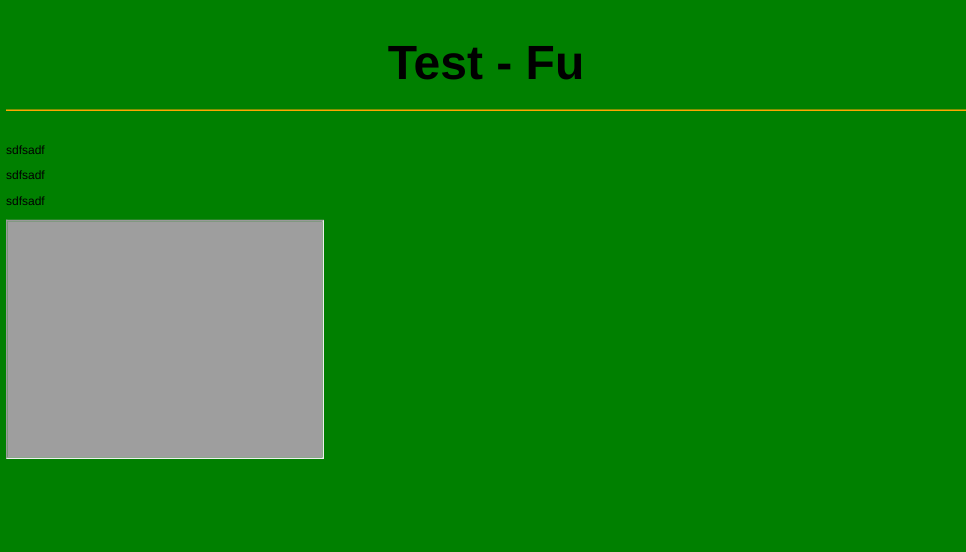
Repository: arikanu/minisite
Page: http://localhost/site/
These files come from the project's save history. The page is drawn as it stood at one moment and after the next save; the edit follows.
The browser window is 1280 px wide. The page is 1288 px wide, so the pictures cover 1288 px, including what lies to the right of the window. The pictures show the whole page, at 75% of full size.
Pictures or frames that could not be fetched are drawn as grey boxes. The page is served by Tomcat 9. Other server files are loaded and not shown.

Above is the page before, as saved 2014-12-18 07:10:19.

### site/src/main/webapp/WEB-INF/views/home.jsp
<%@ taglib uri="http://java.sun.com/jsp/jstl/core" prefix="c" %>
<%@ page session="false" %>


<style>
body {
	font-family: Helvetica;
	height: 100%;
	width: 100%;
	background-color: green;
	float: left;
}
h1 {
	margin-top: 3%;
	padding-bottom: 2%;
	text-align: center;
	font-size: 400%;
	border-bottom-style: solid;
	border-bottom-color: orange;
	border-bottom-width: 2px;
}
.divVideo {
	text-align: center;
}

.divLeftPart {
	width: 30%;
}
.divRightPart {
	width: 50%;
}

</style>


<html>



<head>
	<title>Home</title>
</head>
<body>
<h1>Test - Fu</h1>

<div class="divLeftPart">
	<p>sdfsadf</p>
	<p>sdfsadf</p>
	<p>sdfsadf</p>
</div>
<div class="divLeftPart">
	<div class="divVideo">
	 	<iframe width="420" height="315" src="http://www.youtube.com/embed/XGSy3_Czz8k"></iframe>
	</div>
</div>

</body>
</html>

After the next save:
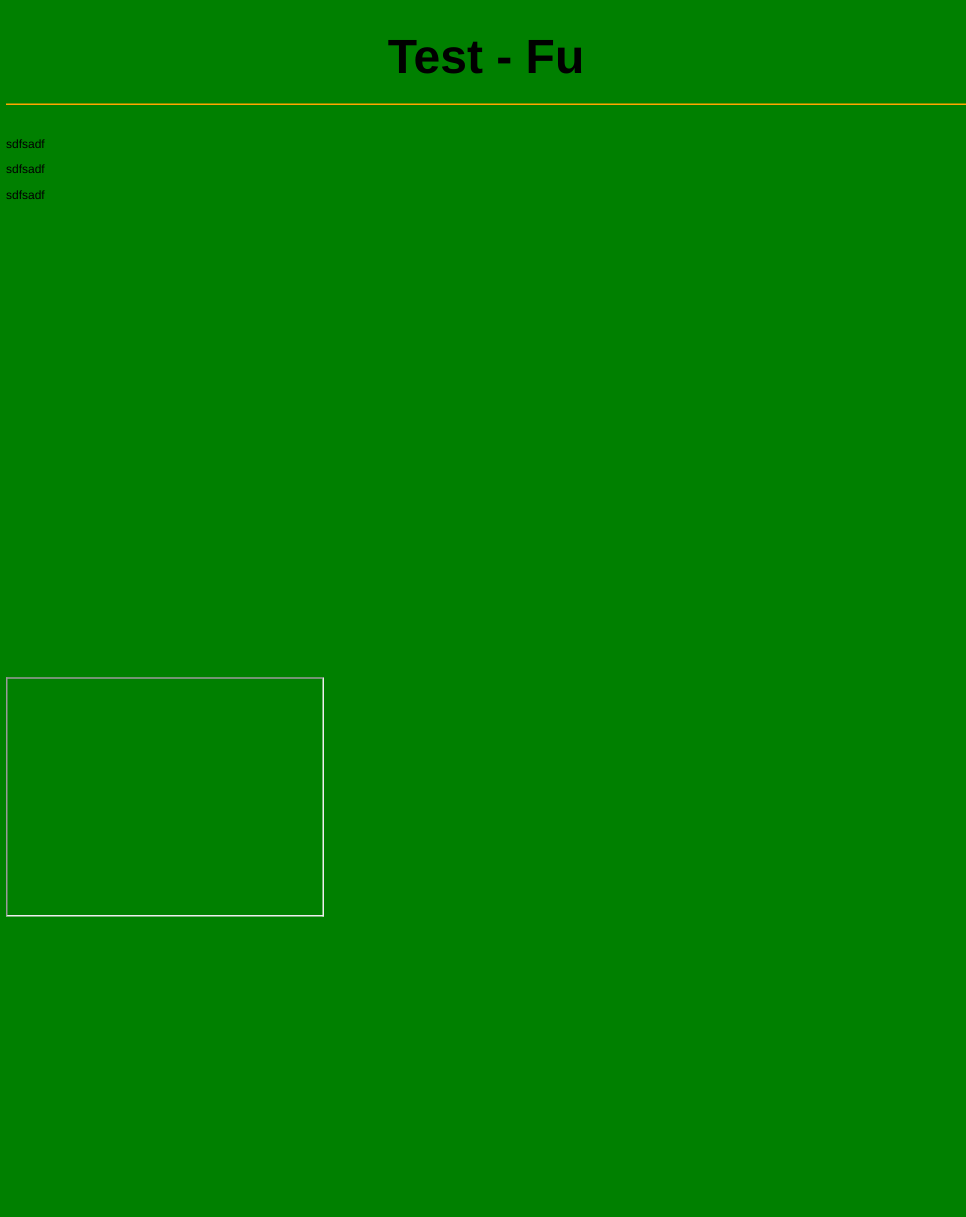
Saved 17 s later.
--- a/site/src/main/webapp/WEB-INF/views/home.jsp
+++ b/site/src/main/webapp/WEB-INF/views/home.jsp
@@ -8,7 +8,6 @@ body {
 	height: 100%;
 	width: 100%;
 	background-color: green;
-	float: left;
 }
 h1 {
 	margin-top: 3%;
@@ -21,13 +20,16 @@ h1 {
 }
 .divVideo {
 	text-align: center;
+	float: left;
 }
 
 .divLeftPart {
 	width: 30%;
+	height: 100%;
 }
 .divRightPart {
 	width: 50%;
+	height: 100%;
 }
 
 </style>
